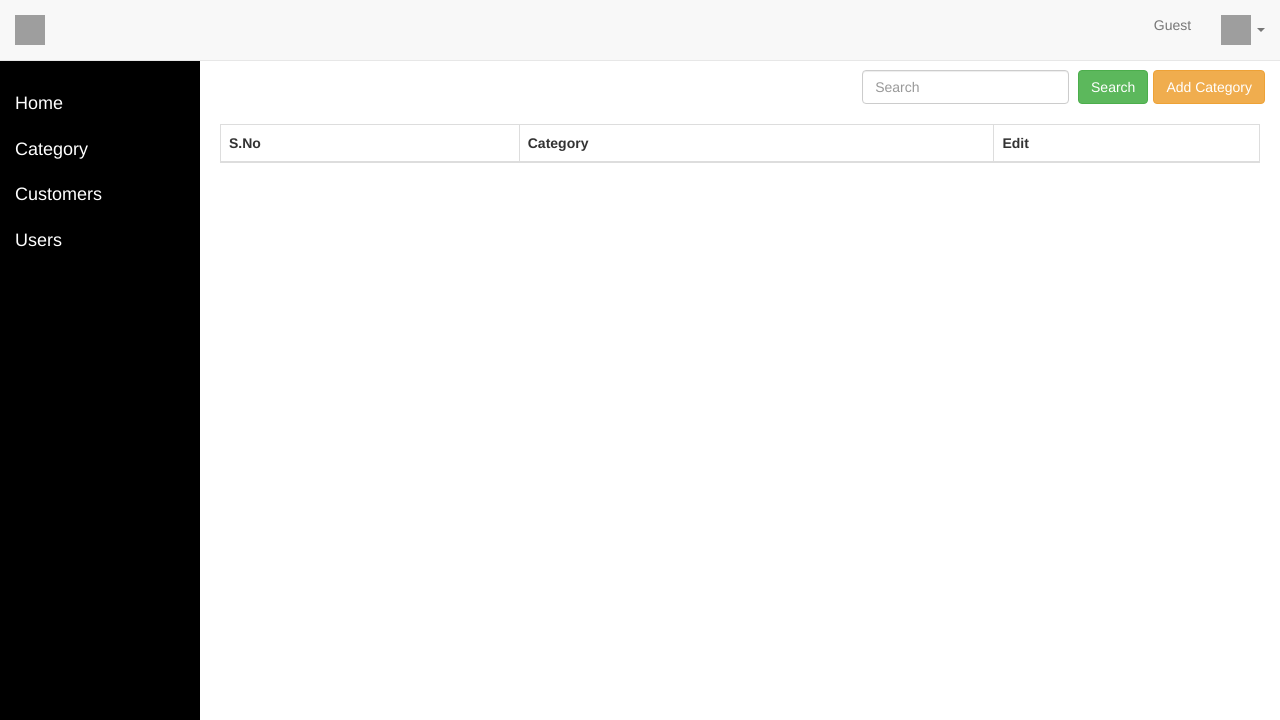
Repository: Nireshkumar24/CRM
Page: http://localhost/addcategory
An editor plug-in stored every save of this project. The page is shown before and after the next save, followed by the edit.
The browser window is 1280 px wide. The pictures show the whole page.
Pictures or frames that could not be fetched are drawn as grey boxes. The page is served by the project's application, run on Flask 3 (app.py). Queries for data that is not in the repository find no rows.

Above is the page before, as saved 2024-05-15 13:26:14.

### templates/addcategory.html
<!DOCTYPE html>
<html lang="en">

<head>
    <meta charset="UTF-8">
    <meta name="viewport" content="width=device-width, initial-scale=1.0">
    <title>Addcategory</title>
    <!-- Bootstrap 3.3.7 CSS -->
    <link rel="stylesheet" href="https://cdn.jsdelivr.net/npm/bootstrap@3.3.7/dist/css/bootstrap.min.css">
    <link href="https://fonts.googleapis.com/css?family=Roboto&display=swap" rel="stylesheet">
    <link rel="stylesheet" href="https://cdnjs.cloudflare.com/ajax/libs/font-awesome/6.2.0/css/all.min.css">

    <style>
        .profile-dropdown-toggle::after {
            display: none;
        }

        .side-nav {
            height: 100vh;
            width: 200px;
            position: fixed;
            z-index: 1;
            left: 0;
            background-color: #000;
            overflow-x: hidden;
            padding-top: 20px;
        }

        .side-nav a {
            padding: 10px 15px;
            text-decoration: none;
            font-size: 18px;
            color: white;
            display: block;
            transition: 0.3s;
        }

        .side-nav a:hover {
            color: #f1f1f1;
            background-color: #575757;
        }

        .content {
            margin-left: 200px;
            padding: 20px;
        }

        @media (max-width: 768px) {


            /* Always float the navbar header to the left */
            .navbar-header {
                float: left;
            }

            /* Override the collapsing behavior */
            .navbar-collapse.collapse {
                display: block !important;
                height: auto !important;
                padding-bottom: 0;
                overflow: visible !important;
            }

            /* Ensure navbar items are displayed inline */
            .navbar-nav>li {
                display: inline-block;
            }

            /* Center the navbar items */
            .navbar-nav {
                float: none;
                /* text-align: center; */
                text-align: right;

            }

            /* Adjust the dropdown menu position */
            .navbar-right .dropdown-menu {
                right: 0;
                left: auto;
            }

            /* Optional: Increase the size of the toggle for better usability */
            .navbar-toggle {
                display: none;
                /* You might choose to hide or show and increase its size */
            }

            /* Adjust the brand logo size if necessary */
            .navbar-brand img {
                max-width: 100%;
                height: auto;
            }


            @media (max-width: 768px) {
                #searchForm {
                    display: flex;
                    align-items: center;
                    /* Align items vertically */
                    justify-content: flex-start;

                    /* Align items to the start of the container */
                    flex-wrap: nowrap;
                    /* Prevent wrapping */
                    padding-left: 400px;
                    /* Adjust based on sidebar presence */
                }

                #searchForm .form-control,
                #searchForm .btn,
                #searchForm select {
                    margin: 0 5px;
                    /* Minimal margin between elements */
                    flex-grow: 0;
                    /* Prevent growth */
                    flex-shrink: 0;
                    /* Prevent shrink */
                    width: auto;
                    /* Adjust width automatically */
                }

                /* Example: Reduce the size of inputs/selects */
                #searchForm input[type="search"],
                #searchForm select {
                    max-width: 120px;
                    /* Adjust based on needs */
                }

                /* Reduce the padding inside the form elements to save space */
                #searchForm .form-control,
                #searchForm .btn {
                    padding: 6px 12px;
                    font-size: 12px;
                    /* Reduce font size for space */
                }

                /* Adjust the clear filters button to be smaller or replaced with an icon */
                #searchForm .btn-secondary {
                    padding: 6px 6px;
                    /* Smaller padding */
                    font-size: 12px;
                    /* Smaller text */
                }

                /* Hide text on clear filters button, show only on large screens */
                #searchForm .btn-secondary .text {
                    display: none;
                }

                /* Optional: use an icon for the clear button */
                #searchForm .btn-secondary:before {
                    content: "\2715";
                    display: inline-block;
                }
            }

        }
    </style>
</head>

<body>
    <!-- Navbar using Bootstrap 3 structure -->
    <nav class="navbar navbar-default navbar-fixed-top">
        <div class="container-fluid">
            <div class="navbar-header">
                <button type="button" class="navbar-toggle collapsed" data-toggle="collapse"
                    data-target="#navbar-collapse-1" aria-expanded="false">
                    <span class="sr-only">Toggle navigation</span>
                    <span class="icon-bar"></span>
                    <span class="icon-bar"></span>
                    <span class="icon-bar"></span>
                </button>
                <a class="navbar-brand" href="#">
                    <img src="path/to/your/logo.png" width="30" height="30" class="d-inline-block align-top" alt=""
                        loading="lazy">
                </a>
            </div>
            <div class="collapse navbar-collapse" id="navbar-collapse-1">
                <ul class="nav navbar-nav navbar-right">
                    <li><a href="#">{{ session['username'] if 'username' in session else 'Guest' }}</a></li>
                    <li class="dropdown">
                        <a href="#" class="dropdown-toggle" data-toggle="dropdown" role="button" aria-haspopup="true"
                            aria-expanded="false">
                            <img src="path/to/profile/picture.jpg" width="30" height="30" class="rounded-circle"
                                alt="Profile Picture"> <span class="caret"></span>
                        </a>
                        <ul class="dropdown-menu">
                            <li><a href="{{url_for('login')}}">Logout</a></li>
                        </ul>
                    </li>
                </ul>
            </div>
        </div>
    </nav>
    <div class="container-fluid" style="padding-top: 70px;">
        <div class="row">
            <div class="col-md-12" id="search-and-add">
                <form class="form-inline text-right" action="/search" method="post">
                    <input type="search" class="form-control" placeholder="Search" name="search"
                        style="margin-right: 5px;">
                    <button type="submit" class="btn btn-success" style="margin-right: 5px;">Search</button>
                    <button type="button" class="btn btn-warning pull-right" data-toggle="modal"
                        data-target="#addCategoryModal">
                        Add Category
                    </button>
                </form>
            </div>
        </div>
    </div>
    <div class="side-nav">
        <a href="/index">Home</a>
        <a href="/addcategory">Category</a>
        <a href="/adduser">Customers</a>
        <a href="/createuser">Users</a>
    </div>
    <div class="content">
        <table class="table table-striped table-bordered hover">
            <thead>
                <tr>
                    <th scope="col">S.No</th>
                    <th scope="col">Category</th>
                    <th scope="col">Edit</th>
                </tr>
            </thead>
            <tbody {% for category in categories %} <tr>
                <th scope="row">{{ loop.index }}</th>
                <td>{{ category.category }}</td>
                <td>
                    <div class="dropdown">
                        <a href="#" class="dropdown-toggle" data-toggle="dropdown" aria-expanded="false">
                            <span class="glyphicon glyphicon-option-vertical"></span>
                        </a>
                        <ul class="dropdown-menu" role="menu">

                            <li><a href="#" data-toggle="modal"
                                    data-target="#editCategoryModal-{{ category.id }}">Edit</a></li>

                            <li>
                                <form action="{{ url_for('delete_category', id=category.id) }}" method="post">
                                    <button type="submit" class="btn btn-link">Delete</button>
                                </form>
                            </li>

                        </ul>
                    </div>
                </td>
                </tr>
                <!--efit and delete popup-->

                <div class="modal fade" id="editCategoryModal-{{ category.id }}" tabindex="-1" role="dialog"
                    aria-labelledby="editCategoryLabel-{{ category.id }}" aria-hidden="true">
                    <div class="modal-dialog" role="document">
                        <div class="modal-content">
                            <div class="modal-header">
                                <h5 class="modal-title" id="editCategoryLabel-{{ category.id }}">Edit Category</h5>
                                <button type="button" class="close" data-dismiss="modal" aria-label="Close">
                                    <span aria-hidden="true">&times;</span>
                                </button>
                            </div>
                            <div class="modal-body">
                                <form method="post" action="{{ url_for('edit_category', id=category.id) }}">
                                    <div class="form-group">
                                        <label for="category-{{ category.id }}">Category Name</label>
                                        <input type="text" class="form-control" id="category-{{ category.id }}"
                                            name="category" value="{{ category.category }}" required>
                                    </div>
                                    <div class="modal-footer">
                                        <button type="button" class="btn btn-secondary"
                                            data-dismiss="modal">Close</button>
                                        <button type="submit" class="btn btn-primary">Save Changes</button>
                                    </div>
                                </form>
                            </div>
                        </div>
                    </div>
                </div>

                {% endfor %}

            </tbody>
            </thead>
        </table>
    </div>
    </div>

    <!-- Modal -->
    <div class="modal fade" id="addCategoryModal" tabindex="-1" role="dialog" aria-labelledby="modalLabel"
        aria-hidden="true">
        <div class="modal-dialog" role="document">
            <div class="modal-content">
                <div class="modal-header">
                    <h4 class="modal-title" id="modalLabel">Add Category</h4>
                    <button type="button" class="close" data-dismiss="modal" aria-label="Close">
                        <span aria-hidden="true">&times;</span>
                    </button>
                </div>
                <div class="modal-body">
                    <form method="post" action="{{ url_for('addcategory') }}">
                        <div class="form-group">
                            <label for="Description">Your Category</label>
                            <textarea class="form-control" id="description" required name="category"></textarea>
                        </div>
                        <div class="modal-footer">
                            <button type="button" class="btn btn-secondary" data-dismiss="modal">Close</button>
                            <button type="submit" class="btn btn-primary">Save changes</button>
                        </div>
                    </form>
                </div>
            </div>
        </div>
    </div>
    <!-- jQuery (necessary for Bootstrap's JavaScript plugins) -->
    <script src="https://ajax.googleapis.com/ajax/libs/jquery/1.12.4/jquery.min.js"></script>
    <!-- Include all compiled plugins (below), or include individual files as needed -->
    <script src="https://cdn.jsdelivr.net/npm/bootstrap@3.3.7/dist/js/bootstrap.min.js"></script>

    <script>
        $(document).ready(function () {
            var navbarHeight = $('.navbar').outerHeight();
            $('.side-nav').css('top', navbarHeight + 'px');
        });
    </script>
</body>

</html>

Loaded but not shown: app.py (550 lines, source omitted)

After the next save:
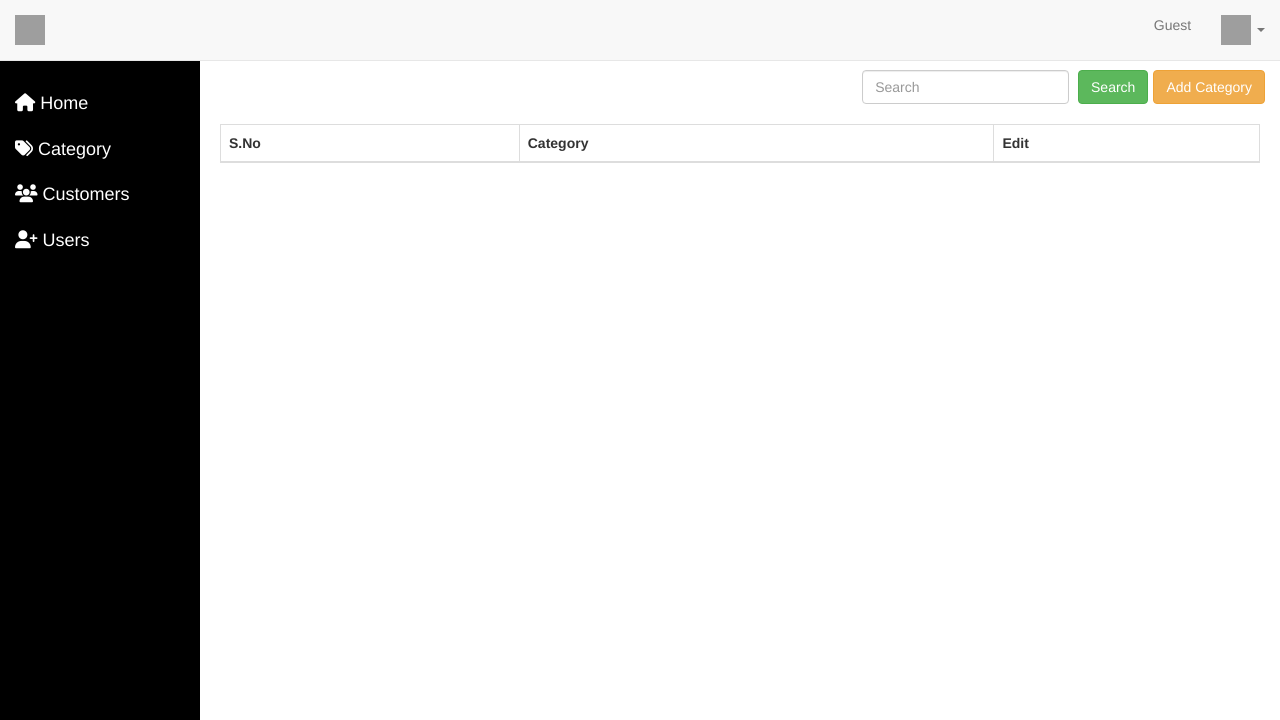
Saved 23 s later.
--- a/templates/addcategory.html
+++ b/templates/addcategory.html
@@ -209,10 +209,10 @@
         </div>
     </div>
     <div class="side-nav">
-        <a href="/index">Home</a>
-        <a href="/addcategory">Category</a>
-        <a href="/adduser">Customers</a>
-        <a href="/createuser">Users</a>
+        <a href="/index"><i class="fa fa-home"></i> Home</a>
+        <a href="/addcategory"><i class="fa fa-tags"></i> Category</a>
+        <a href="/adduser"><i class="fa fa-users"></i> Customers</a>
+        <a href="/createuser"><i class="fa fa-user-plus"></i> Users</a>
     </div>
     <div class="content">
         <table class="table table-striped table-bordered hover">
